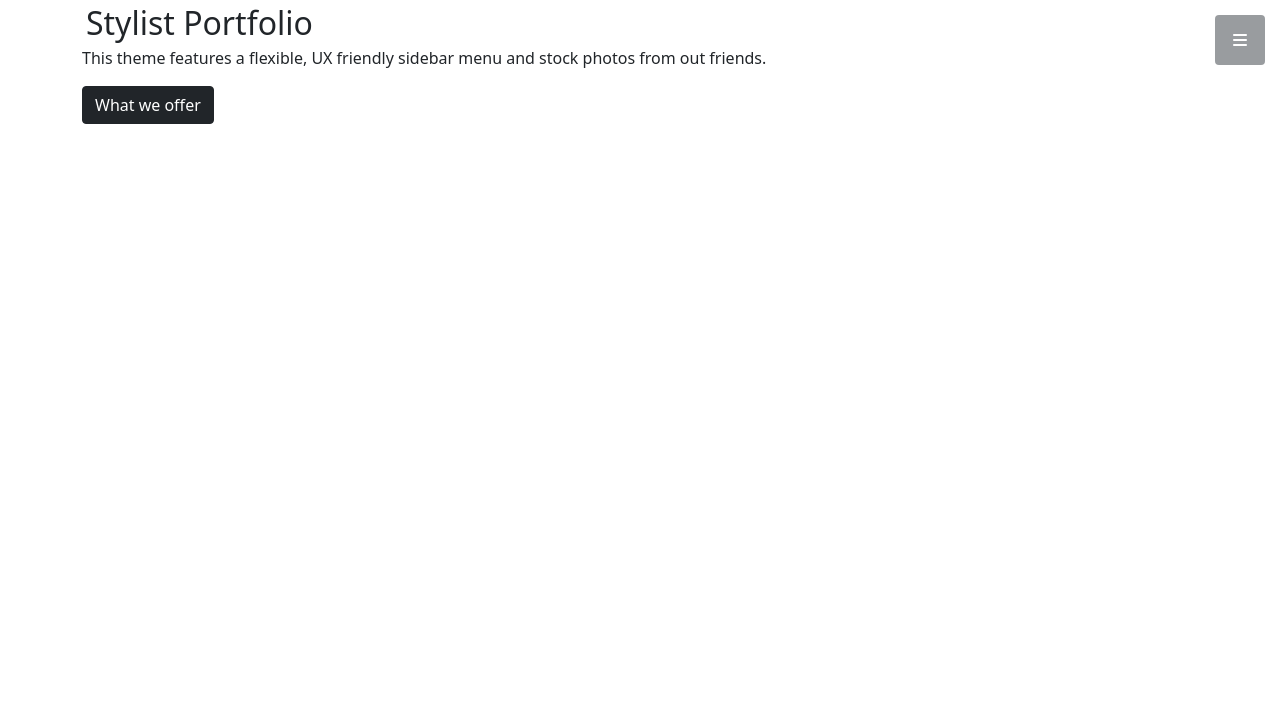
Repository: hoangpino/VE_FE_FrameWork_005
Page: lab06/index.html
These files come from the project's save history. The page is drawn as it stood at one moment and after the next save; the edit follows.
The browser window is 1280 px wide. The pictures show the whole page.

Above is the page before, as saved 2021-10-02 19:37:48.

After the next save:
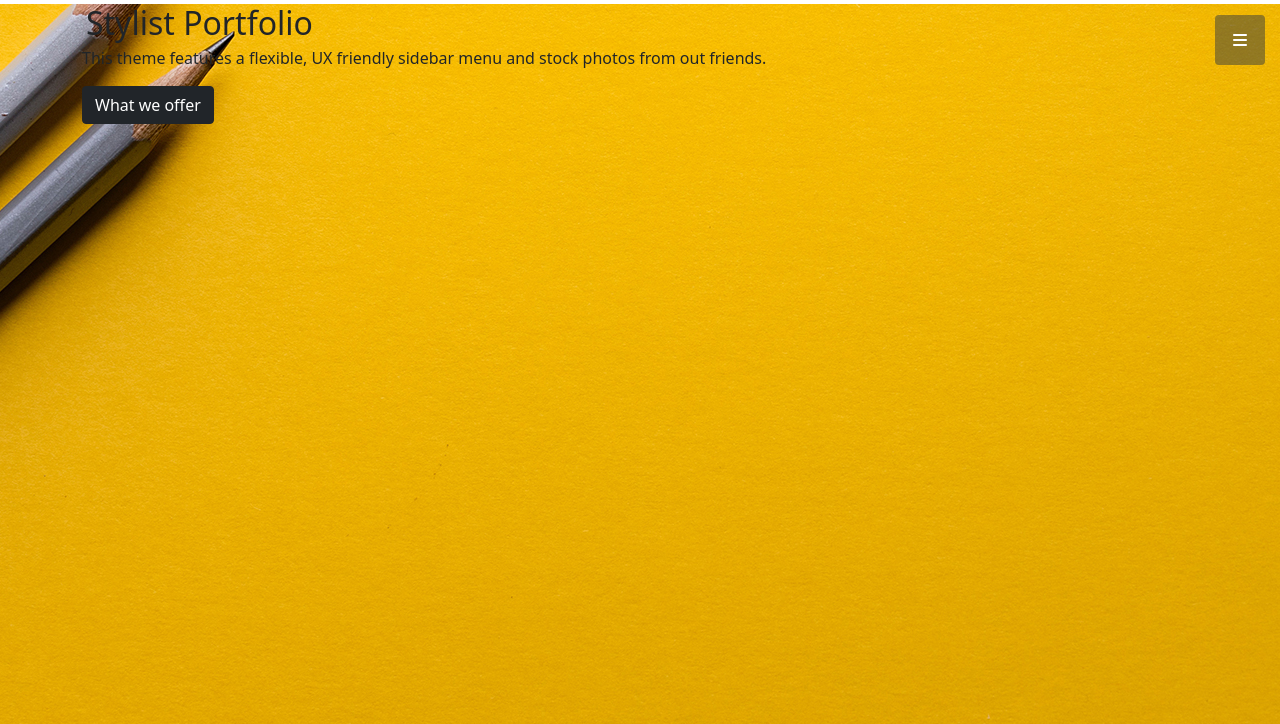
Saved 109 s later.
--- a/lab06/css/style.css
+++ b/lab06/css/style.css
@@ -54,3 +54,10 @@
 .offcanvas-header {
     background-color: rgba(52, 58, 64, 0.1);
 }
+
+header {
+    background: url(../img/img/bg-masthead.jpg);
+    background-repeat: none;
+    background-position: center center;
+    min-height: 100vh;
+}
